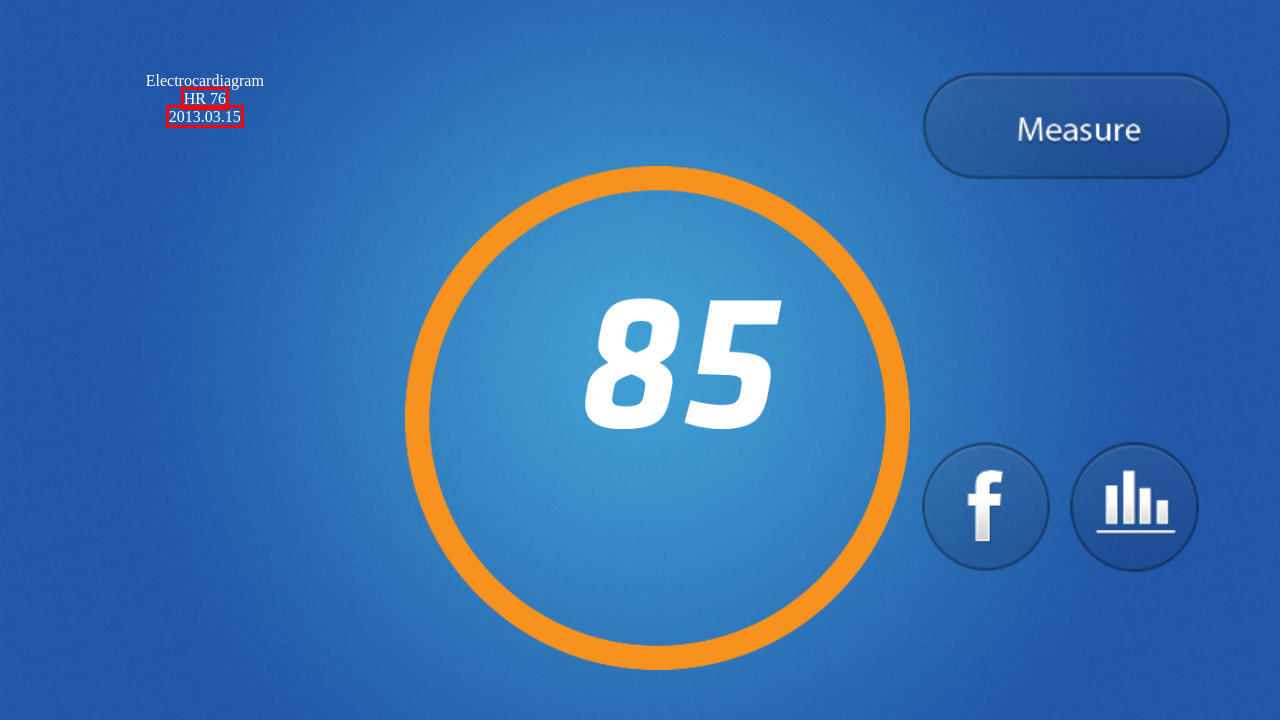
Repository: chouwill79131/IEcontest
Page: BluetoothChat/assets/complete.html
The author's editor kept a copy of each file at every save. The page is drawn from the files as they stood at one save, then again after the next save.
The browser window is 1280 px wide. The pictures show the whole page.

Above is the page before, as saved 2013-03-08 17:33:32.
Console error: TypeError: Cannot set properties of null (setting 'innerHTML')

### BluetoothChat/assets/complete.html
<html>
  <head>
    <meta http-equiv="Content-Type" content="text/html; charset=utf-8"/>
    <link href="complete.css" rel="stylesheet"/>
    <script src="jquery.js"></script>
    <script src="highcharts.js"></script>
    <script src="delay.js"></script>
    <script src="main.js"></script>
  </head>
  <body>
    <div id="main" >
    	<div class="left">
			<div class="text">
				<span class="word">Electrocardiagram</span><br />
				<span class="hr">HR 76</span><br />
				<span class="date">2013.03.15</span>
			</div>

		</div>

		<div class="mid">
			<img class="rhythm" src="button/85.png" />
			<img class="circle" src="button/circle.png" />
		</div>

		<div class="right">
			<button class="measure"><img src="button/Measure.png" /></button><br />
			<button class="share" ><img src="button/Share.png" /></button>
			<button class="record"><img src="button/Record.png" /></button>
		</div>




	</div>
  </body>
</html>

### BluetoothChat/assets/complete.css
body { margin:0; padding:0;}
#main { width: auto; height: 100%; background-image: url(button/background.png); background-size: 100% 100%; }
.left, .mid, .right {float: left; height: 100%; }


.left {  width: 28%; padding-left:2%;}
.text, .hr { text-align: center; }
.text { margin-top: 20%; color:white; font-family: droidsans ;}
.hr { border: solid red ; margin-top: 100%; color:white; font-family: "DroidSans" ;}
.date { border: solid red ; font-family: "droidsans" ; }

.mid { width: 41%; }
.rhythm, .circle { width: auto; height:70%; margin-left: 4%; }
.rhythm { margin-top: 22%; z-index: 1;  margin-left:-28% ;}
.circle { margin-top: -86.5%; z-index: 2; }

.right { width: 29%; }
.right button { float: left; border: none; background: transparent; }
.measure img {margin-top: 5%; width: auto;  height:15%; }
.share img, .record img { width: auto;  height:18%; }
.measure { margin-left: 2%; margin-top: 15%; }
.share, .record { background: red;margin-top: 70%; margin-left: 2%; }


<!--
border? font? .record_top
-->

### BluetoothChat/assets/delay.js

$(function(){
setTimeout(function(){
$.getScript("dy_chart.js");
},200)
})

### BluetoothChat/assets/main.js
var chart;
var step = 0.01;	//step0.008每秒125點	//0.005極限
var xstart = step;
var hr = "--";
var score = "--";
var index;
$(document).ready(function ready() {

    var s = "";
    var theDate = new Date();
    s += theDate.getYear()+1900 + ".";                //  年
    s += (theDate.getMonth() + 1) + ".";				// 月
    s += theDate.getDate(); 							// 日
    document.getElementById("date").innerHTML = s;
    index = document.getElementById("main").innerHTML; //保留首頁

    $(".measure").live("click", function() {
      measure();
    }); //click .measure


}); //(document).ready

function shared(){
	view1 = document.getElementById("rhythm").innerHTML;
	document.getElementById("rhythm").innerHTML = view1+'<img class="stop" src="button/complete.png" style="width:100%; margin-top: -50% ;z-index:5;position: relative;" />';
	$("#main").live("click", function() {
      document.getElementById("rhythm").innerHTML = view1;
    });
}

function complete(hr1,score1){
  hr = hr1;
  score = score1;
  view = document.getElementById("dy_chart").innerHTML;
  document.getElementById("dy_chart").innerHTML = view+'<img class="stop" src="button/Completed.png" style="width:50%; margin: -20% 0% 0% 25%; z-index:2;position: relative;" />';
  $(".stop").html('<img src="button/Continue.png" />');
}

function addSomething(a) {
  for (var i in a){
    chart.series[0].addPoint([xstart,a[i]],false,true);
    xstart += step;
  }
  chart.redraw();
}

function history(history){
	view2 = document.getElementById("main").innerHTML;
    $("#main").html(
    '<div class="main1">'+
	'<div class="contain">'+
	'<div id="dy_chart" style="z-index:1;position: relative;"></div>'+
	'</div>'+
	'<div id="foot">'+
	'<button class="stop">'+
	'<img src="button/Back.png" />'+
	'</button>'+
	'</div>'+
    '</div>'
    );

    Highcharts.setOptions({
      global: {
	useUTC: true
      }
    });

    hischart = new Highcharts.Chart({
      chart: {
		renderTo: 'dy_chart',
		backgroundColor: 'transparent',
		type: 'line',
      },
      title: {
		style:{ color: '#FFFFFF'},
		text: 'Measure history',
      },
      credits: {			// highchart.com
		enabled:false
      },
      legend: {  			// 線的標示
        enabled: false
      },
      xAxis: {
      	type: 'datetime',
		dateTimeLabelFormats: { // don't display the dummy year
	  		month: '%e. %b',
	  		year: '%b'
		},
		lineColor: '#FFFFFF',
		labels: {
	  		style: {
				color: '#FFFFFF',
			}
		}
	  },
	  yAxis: {
	    title: {text: 'Feeling',
	    			style: {
						color: '#FFFFFF',
					}
				},
	  	gridLineColor: '#FFFFFF',
	  	labels: {
	  		style: {
				color: '#FFFFFF',
			}
		}
	  },
	  plotOptions: {
                line: {
                    dataLabels: {
                        enabled: true,
                        color: '#FFFFFF',
                    },
                    enableMouseTracking: true,
                }
      },
	series: [{
	  name: 'measure history',
	  color: '#FFFFFF',
	  data: history
	}],
    });

    $(".stop").live("click", function(){
 //     hr = "--";
      $(".main1").html(view2);
 //     document.getElementById("hr").innerHTML = hr;
    });
};// .record click

function measure(){
	xstart = 0.01;
	$("#main").html('<div class="main1">'+
		'<div class="contain">'+
		'<div id="dy_chart" style="z-index:1;position: relative;"></div>'+
		'</div>'+
		'<div id="foot">'+
		'<button class="stop" onclick="window.MyHandler.disconnect()">'+
		'<img src="button/Stop.png" />'+
		'</button>'+
		'</div>'+
      	'</div>');
    Highcharts.setOptions({
      global: {useUTC: true }
    });
    chart = new Highcharts.Chart({
      chart: {
		renderTo: 'dy_chart',
		backgroundColor: 'transparent',
		type: 'spline',
		marginRight: 10,
      },
      credits: {enabled:false},
      title: {
		style:{ color: '#FFFFFF'},
		text: 'Electrondiagram',
      },
      xAxis: {
		type: 'x Axis',
		style:{ color: '#FFFFFF'},
		tickPixelInterval: 100,
		lineColor: '#FFFFFF',
		labels: {style: {color: '#FFFFFF'}},
      },
      yAxis: {
      	title: {
      		text: 'Score',
      		style: {color: '#FFFFFF'}},
	  		gridLineColor: '#FFFFFF',
	  		labels: {style: {color: '#FFFFFF'}},
			//max:1500,
			//min:0,
			title: {
	  			style:{ color: '#FFFFFF'},
	  			text: 'PPG'
	  		},
			plotLines: [{value: 0,width: 1}]
      	},
      	legend: {enabled: false},
      	exporting: {enabled: false},
      	plotOptions: {
			spline: {
	  			lineWidth: 1,
	  			states: {
	    			hover: {
	      				enabled: false,
	      				lineWidth: 2
	    			}
	  			},
	  		marker: {
	    		enabled: false,
	    		states: {
	      			hover: {
						enabled: false,
	      			}
	    		}
	  		},
		}
      }, // yAxis
      series: [{
		name: 'Data',
		color: '#FFFFFF',
		data: (function() {
	  		var data = [];
	  		var step = 0.01;	//step0.008每秒125點	//0.005極限
			var xstart = step;
	  		for (var i = -4; i <= xstart; i+=step){data.push({x: i,y: 0 });}
	  		return data;
		})()
		}]
    }); //Highcharts

    hr = '--';
    score = '--';
    $(".stop").live("click",function() {
      $(".main1").html(index);
      document.getElementById("hr").innerHTML = hr;
      document.getElementById("rhythm").innerHTML = '<div id="score">'+score+'</div><img class="circle" src="button/circle.png" />';
    }); //click .stop
}

### BluetoothChat/assets/dy_chart.js
var chart;
var step = 0.01;	//step0.008每秒125點	//0.005極限
var xstart = step;
//a = Math.random();
var hr = 15;
var score = 80;
function complete(hr1,score1){
	hr = hr1;
	score = score1;
	view = document.getElementById("dy_chart").innerHTML;
	document.getElementById("dy_chart").innerHTML = view+'<img class="stop" src="button/60.png" style="width:50%; margin: -20% 0% 0% 25%; z-index:2;position: relative;" /><br />'+hr+',<br />'+score;
}

function addSomething(a) {
//	setInterval(function() {        			 // for testing feq
	for (var i in a){
		chart.series[0].addPoint([xstart,a[i]],false,true);
		xstart += step;
	}

	/**
	chart.series[0].addPoint([xstart,a],false,true);
	xstart += step;
	**/

	chart.redraw();
//	}, 1000);									// for testing feq
}



$(function () {
	$(".stop").click(function() {
	$(".main1").html('  <div id="main" >'+
    	'<div class="left">'+
			'<div class="text">'+
				'<div class="word">Electrocardiagram</div><br />'+
				'<div class="subword">Measuring</div><br />'+
				'<div class="hr">HR <span id="hr"></span></div>'+
				'<div id="date"></div>'+
			'</div>'+
		'</div>'+
		'<div class="mid" id="mid">'+
			'<div class="score">84</div>'+
			'<img class="circle" src="button/circle.png" />'+
		'</div>'+
		'<div class="right">'+
			'<button class="measure"><img src="button/Measure.png" /></button><br />'+
			'<button class="share" ><img src="button/Share.png" /></button>'+
			'<button class="record"><img src="button/Record.png" /></button>'+
		'</div>'+
	'</div>');
 // 		window.location.href = "complete.html";
	});
    $(document).ready(function() {
        Highcharts.setOptions({
            global: {
                useUTC: false
            }
        });

        chart = new Highcharts.Chart({
            chart: {
                renderTo: 'dy_chart',
                backgroundColor: 'transparent',
                type: 'spline',
                marginRight: 10,
            },
            credits: {
            enabled:false
            }
            ,
            title: {
            	style:{ color: '#FFFFFF'},
                text: 'Electrondiagram',
            },
            xAxis: {
                type: 'x Axis',
                style:{ color: '#FFFFFF'},
                tickPixelInterval: 150
            },
            yAxis: {
            	max:1500,
            	min:0,
                title: {
                	style:{ color: '#FFFFFF'},
                    text: 'Value'
                },
                plotLines: [{
                    value: 0,
                    width: 1,
                }]
            },

            legend: {
                enabled: false
            },
            exporting: {
                enabled: false
            },
	    plotOptions: {
                spline: {
                   lineWidth: 1,
                   states: {
                       hover: {
                       	enabled: false,
                        lineWidth: 2
                       }
                   },
                   marker: {
                      enabled: false,
                      states: {
                          hover: {
                             enabled: false,
                          }
                      }
                  },
               }
            },
            series: [{
                name: 'Data',
                color: '#FFFFFF',
                data: (function() {
                    // generate an array of random data
                    var data = [],
                        time = (new Date()).getTime(),i;

                    for (i = -4; i <= xstart; i+=step) {
                        data.push({
                            x: i,
                            y: 0
                        });
                    }
                    return data;
                })()
            }]
        });
    });
});

Loaded but not shown: BluetoothChat/assets/jquery.js (library); BluetoothChat/assets/highcharts.js (library)

After the next save:
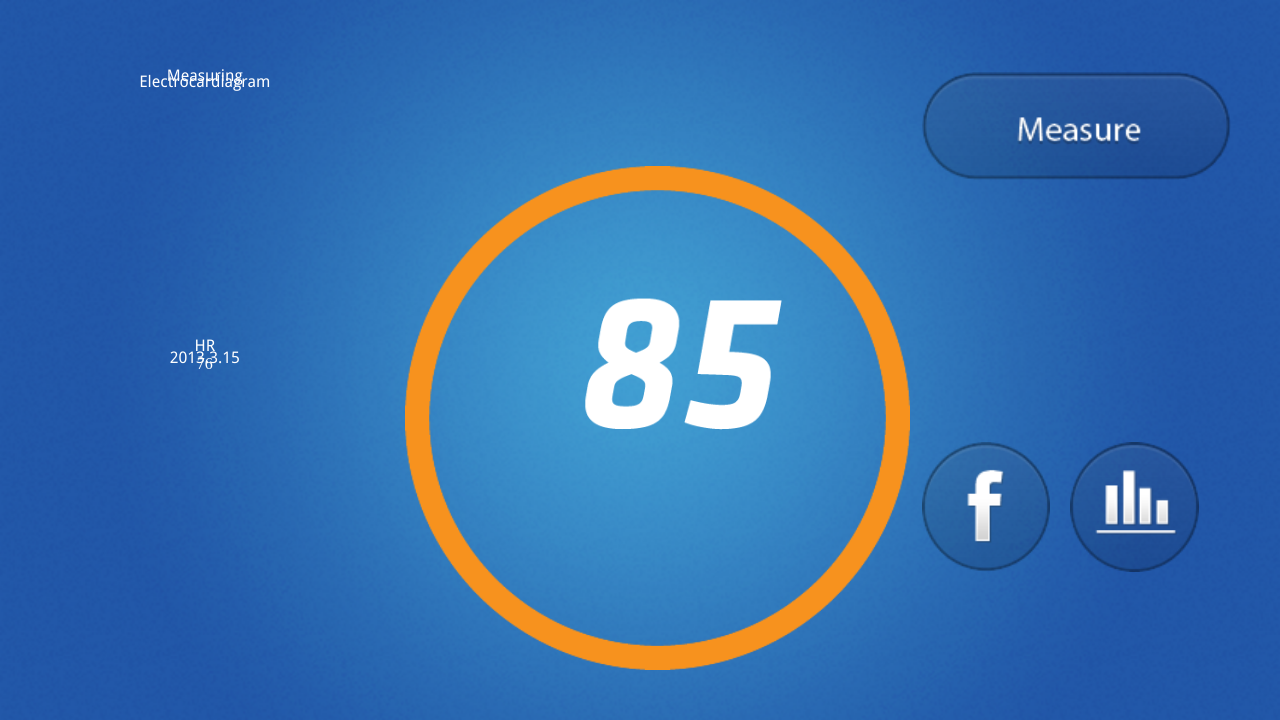
Saved 2 min 22 s later.
--- a/BluetoothChat/assets/complete.html
+++ b/BluetoothChat/assets/complete.html
@@ -11,9 +11,11 @@
     <div id="main" >
     	<div class="left">
 			<div class="text">
-				<span class="word">Electrocardiagram</span><br />
-				<span class="hr">HR 76</span><br />
-				<span class="date">2013.03.15</span>
+				<div class="word">Electrocardiagram</div><br />
+				<div class="subword">Measuring</div><br />
+
+				<div class="hr">HR</div><div id="hr">76</div><br />
+				<div class="date">2013.3.15</div>
 			</div>
 
 		</div>
--- a/BluetoothChat/assets/complete.css
+++ b/BluetoothChat/assets/complete.css
@@ -1,13 +1,18 @@
+@font-face {
+    font-family: droidsans;
+    src: url(fonts/droidsans.ttf);
+}
+
 body { margin:0; padding:0;}
 #main { width: auto; height: 100%; background-image: url(button/background.png); background-size: 100% 100%; }
 .left, .mid, .right {float: left; height: 100%; }
 
 
 .left {  width: 28%; padding-left:2%;}
-.text, .hr { text-align: center; }
-.text { margin-top: 20%; color:white; font-family: droidsans ;}
-.hr { border: solid red ; margin-top: 100%; color:white; font-family: "DroidSans" ;}
-.date { border: solid red ; font-family: "droidsans" ; }
+.text, .hr , .date{ text-align: center; color:white;}
+.word { margin-top: 20%;  font-family: droidsans,impact ; }
+.subword, .date { margin-top:-12%; font-family: droidsans ;}
+.hr {   margin-top: 65%;  font-family: droidsans,Impact ;}
 
 .mid { width: 41%; }
 .rhythm, .circle { width: auto; height:70%; margin-left: 4%; }
